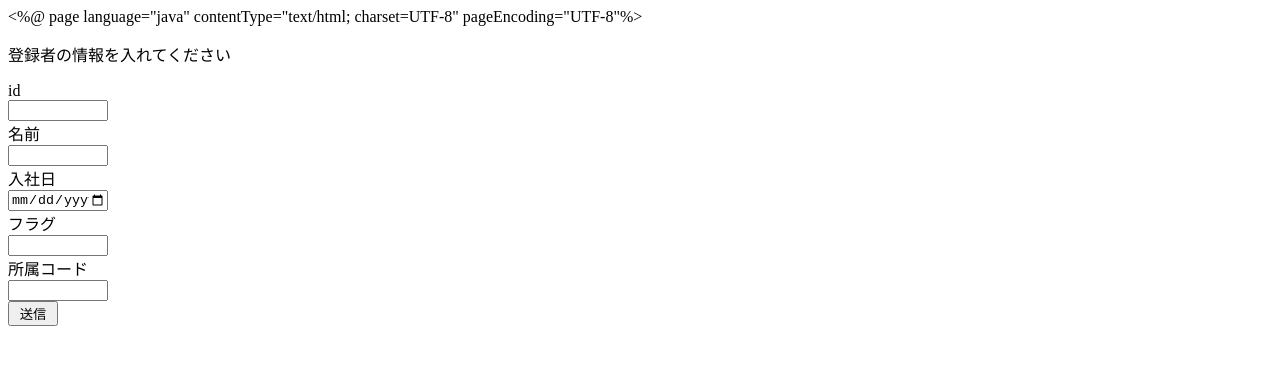
Repository: jp-debug-code/Java-servlet-test
Page: jj_mysql/src/main/webapp/WEB-INF/update.html
The author's editor kept a copy of each file at every save. The page is drawn from the files as they stood at one save, then again after the next save.
The browser window is 1280 px wide. The pictures show the whole page.

Above is the page before, as saved 2023-10-24 13:31:24.

### jj_mysql/src/main/webapp/WEB-INF/update.html
<%@ page language="java" contentType="text/html;
 charset=UTF-8" pageEncoding="UTF-8"%>
<!DOCTYPE html>
<html lang="en">
<head>
    <meta charset="UTF-8">
    <meta name="viewport" content="width=device-width, initial-scale=1.0">
    <title>Document</title>
</head>
<style>
    form{
        display: flex;
        flex-direction: column;
        width: 100px;

    }
    button{
    width:50px
    }

</style>
<body>
    <p>登録者の情報を入れてください</p>
    <form action="update" method="post">
        <label for="id">id</label>
        <input type="text" name="id" >
        <label for="name">名前</label>
        <input type="text" name="name" >
        <label for="sqlDate">入社日</label>
        <input type="date" name="sqlDate">
          <label for="sqlDate">フラグ</label>
        <input type="text" name="retire_flg">
        <label for="bu_id">所属コード</label>
        <input type="text" name="bu_id">
        <button type="submit">送信</button>
    </form>

</body>
</html>

After the next save:
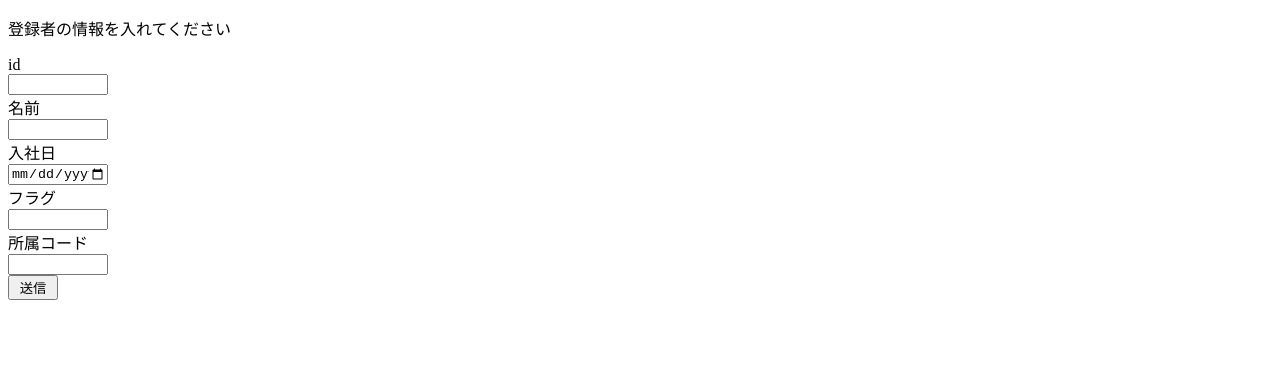
Saved 5 min 16 s later.
--- a/jj_mysql/src/main/webapp/WEB-INF/update.html
+++ b/jj_mysql/src/main/webapp/WEB-INF/update.html
@@ -1,5 +1,3 @@
-<%@ page language="java" contentType="text/html;
- charset=UTF-8" pageEncoding="UTF-8"%>
 <!DOCTYPE html>
 <html lang="en">
 <head>
